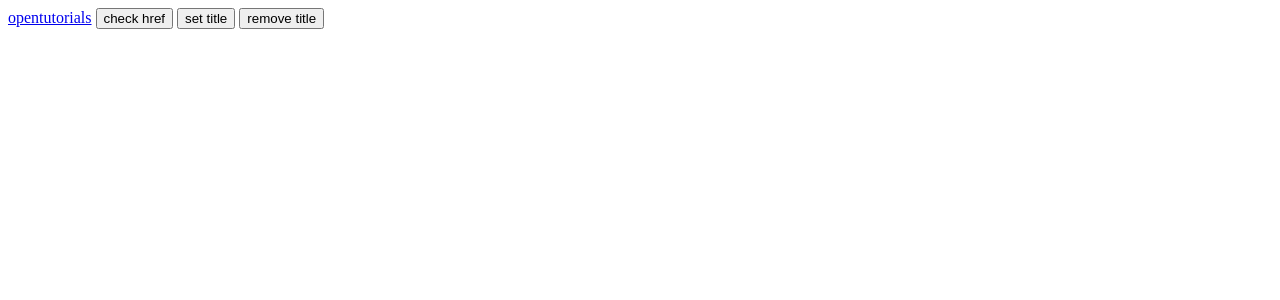
Repository: letzbegin/Study
Page: http://localhost/Javascript/DOM/Element/Ex_07.jsp
The author's editor kept a copy of each file at every save. The page is drawn from the files as they stood at one save, then again after the next save.
The browser window is 1280 px wide. The pictures show the whole page.
Some web libraries are served in a nearby version. The page is served by Tomcat 9.

Above is the page before, as saved 2018-09-17 11:58:31.
Console error: ReferenceError: $ is not defined

### web_javascript/Javascript/WebContent/DOM/Element/Ex_07.jsp
<%@ page language="java" contentType="text/html; charset=UTF-8"
    pageEncoding="UTF-8"%>
<!DOCTYPE html PUBLIC "-//W3C//DTD HTML 4.01 Transitional//EN" "http://www.w3.org/TR/html4/loose.dtd">
<html>
<head>
<meta http-equiv="Content-Type" content="text/html; charset=UTF-8">
<title>jQuery</title>
</head>
<body>
<a id="target" href="http://opentutorials.org">opentutorials</a>

<input type="button" value="check href" onclick="check1()">
<input type="button" value="set title" onclick="check2()">
<input type="button" value="remove title" onclick="check3()">
</body>
<script>
var t = $('#target');

function check1(){
alert(t.attr('href')); //http://opentutorials.org
}


function check2(){
alert("title 을 opentutorials.org 로 변경합니다 ")
t.attr('title', 'opentutorials.org'); // title 속성의 값을 설정한다.
alert(t.attr('title'));
}

function check2(){
	alert("title 속성을 제거합니다")
t.removeAttr('title'); // title 속성을 제거한다.

}
</script>
<script src="//code.jquery.com/jquery-1.11.0.min.js"></script>
</html>

After the next save:
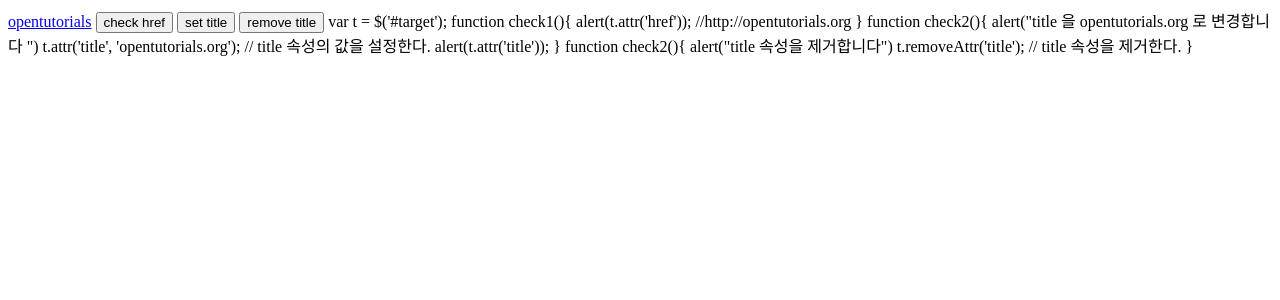
Console error: SyntaxError: Unexpected token '<'
Saved 39 s later.
--- a/web_javascript/Javascript/WebContent/DOM/Element/Ex_07.jsp
+++ b/web_javascript/Javascript/WebContent/DOM/Element/Ex_07.jsp
@@ -14,6 +14,7 @@
 <input type="button" value="remove title" onclick="check3()">
 </body>
 <script>
+<script src="//code.jquery.com/jquery-1.11.0.min.js"></script>
 var t = $('#target');
 
 function check1(){
@@ -33,5 +34,4 @@
 
 }
 </script>
-<script src="//code.jquery.com/jquery-1.11.0.min.js"></script>
 </html>

After the save that followed:
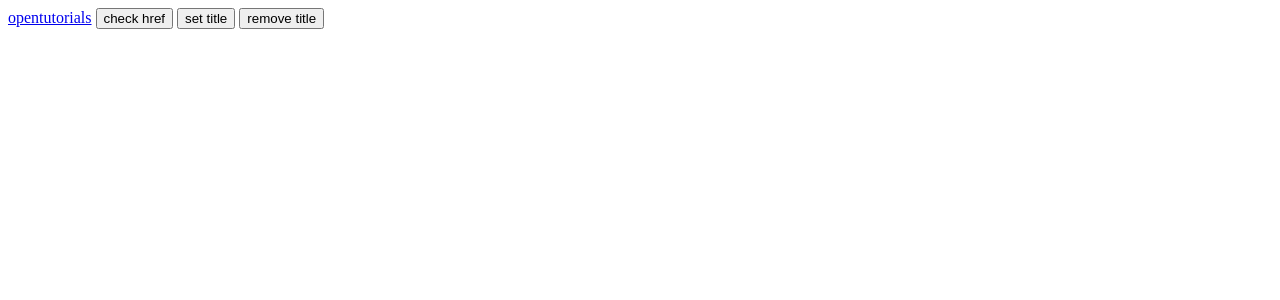
The error is gone.
Saved 4 s later.
--- a/web_javascript/Javascript/WebContent/DOM/Element/Ex_07.jsp
+++ b/web_javascript/Javascript/WebContent/DOM/Element/Ex_07.jsp
@@ -13,8 +13,8 @@
 <input type="button" value="set title" onclick="check2()">
 <input type="button" value="remove title" onclick="check3()">
 </body>
+<script src="//code.jquery.com/jquery-1.11.0.min.js"></script>
 <script>
-<script src="//code.jquery.com/jquery-1.11.0.min.js"></script>
 var t = $('#target');
 
 function check1(){
